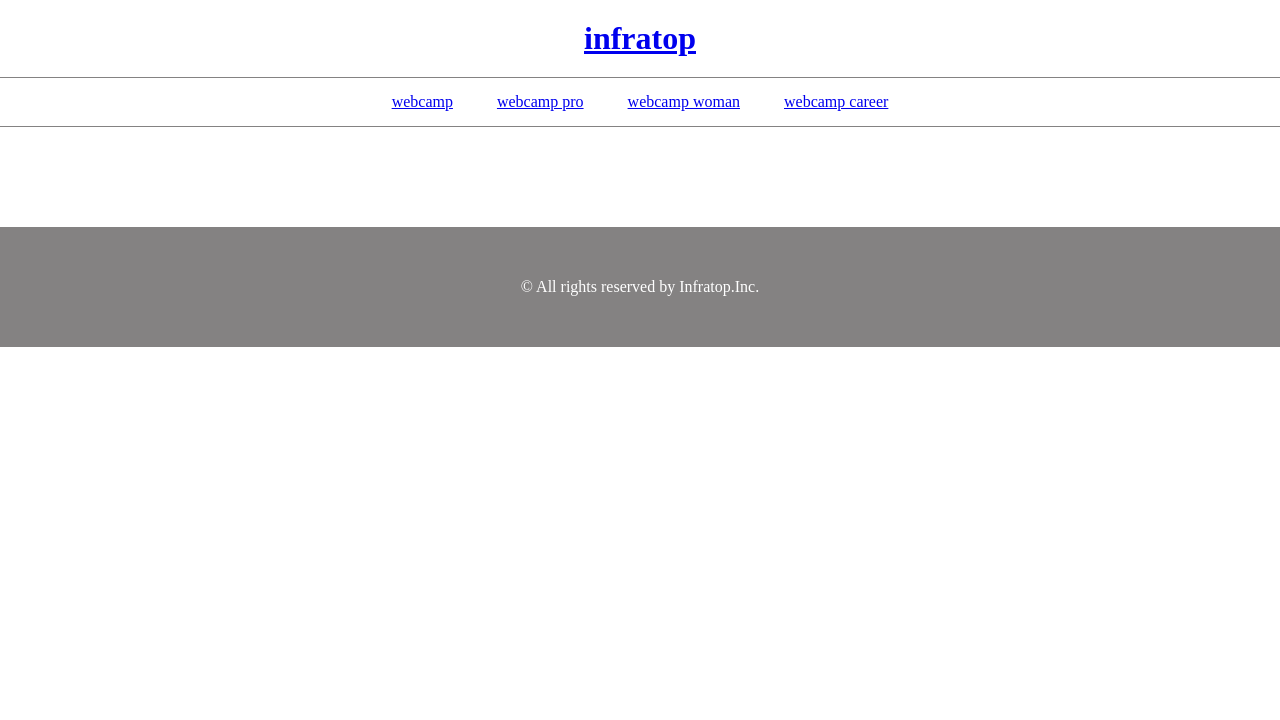
Repository: Tyubyasa/abc
Page: chapter5_exercise/chapter5.html
The author's editor kept a record of every edit. The page is drawn from the files as they stood at one moment, then again after the next edit.
The browser window is 1280 px wide. The pictures show the whole page.

Above is the page before.

### chapter5_exercise/chapter5.html
<!DOCTYPE html>
<html lang="ja">
  <head>
    <meta charset="UTF-8" />
    <!-- CSSファイルの読み込み -->
    <link rel="stylesheet" href="chapter5.css" />
    <title>infratop</title>
  </head>

  <body>

    <!-- header -->
    <header>
      <h1 class="heading">
        <a href="chapter5.html">
          infratop
        </a>
      </h1>
      </header>

       <!-- navigation -->
    <nav>

      <ul class="nav-list">
        <li class="nav-list-item">
        <a href="chapter5.html">webcamp</a>
        </li>
         <li class="nav-list-item">
        <a href="chapter5.html">webcamp pro</a>
        </li>
         <li class="nav-list-item">
        <a href="chapter5.html">webcamp woman</a>
        </li>
         <li class="nav-list-item">
        <a href="chapter5.html">webcamp career</a>
        </li>
        </ul>
    </nav>

    <!-- main-visual用のdiv -->
    <div class="main-visual">
      <div class="main-visual-content"></div>
    </div>

    <!-- main用のdiv -->
    <div class="main">
      <div class="blog"></div>
      <div class="sidebar"></div>
    </div>

    <!-- footer -->
    <footer>
      <p class="footer-text">© All rights reserved by Infratop.Inc.</p>
    </footer>
  </body>
</html>

### chapter5_exercise/chapter5.css
* {
  margin: 0;
  padding: 0;
  box-sizing: border-box;
}

header {
  width: 100%;
  padding: 20px 0;
  text-align: center;
}

.nav-list {
  text-align: center;
  padding: 15px 0;
  margin: 0 auto;
  border-bottom: 1px solid #848282;
  border-top: 1px solid #848282;
}

.nav-list-item {
  list-style: none;
  display: inline-block;
  margin: 0 20px;
}

.main {
  width: 800px;
  margin: 50px auto;
  display: flex;
  flex-wrap: wrap;
}

.box1 {
  width: 200px;
  height: 200px;
  background-color: #e6ffe9;
}

.box2 {
  width: 200px;
  height: 200px;
  background-color: #cbffd3;
}

.box3 {
  width: 200px;
  height: 200px;
  background-color: #aeffbd;
}

.box4 {
  width: 200px;
  height: 200px;
  background-color: #93ffab;
}

.box5 {
  width: 200px;
  height: 200px;
  background-color: #f3ffd8;
}

.box6 {
  width: 200px;
  height: 200px;
  background-color: #edffbe;
}

.box7 {
  width: 200px;
  height: 200px;
  background-color: #e9ffa5;
}

.box8 {
  width: 200px;
  height: 200px;
  background-color: #e4ff8d;
}

.box9 {
  width: 200px;
  height: 200px;
  background-color: #d9e5ff;
}

.box10 {
  width: 200px;
  height: 200px;
  background-color: #bad3ff;
}

.box11 {
  width: 200px;
  height: 200px;
  background-color: #a4c6ff;
}

.box12 {
  width: 200px;
  height: 200px;
  background-color: #8eb8ff;
}

footer {
  width: 100%;
  height: 120px;
  text-align: center;
  line-height: 120px;
  background-color: #848282;
}

.footer-text {
  color: #fff;
}

After the next edit:
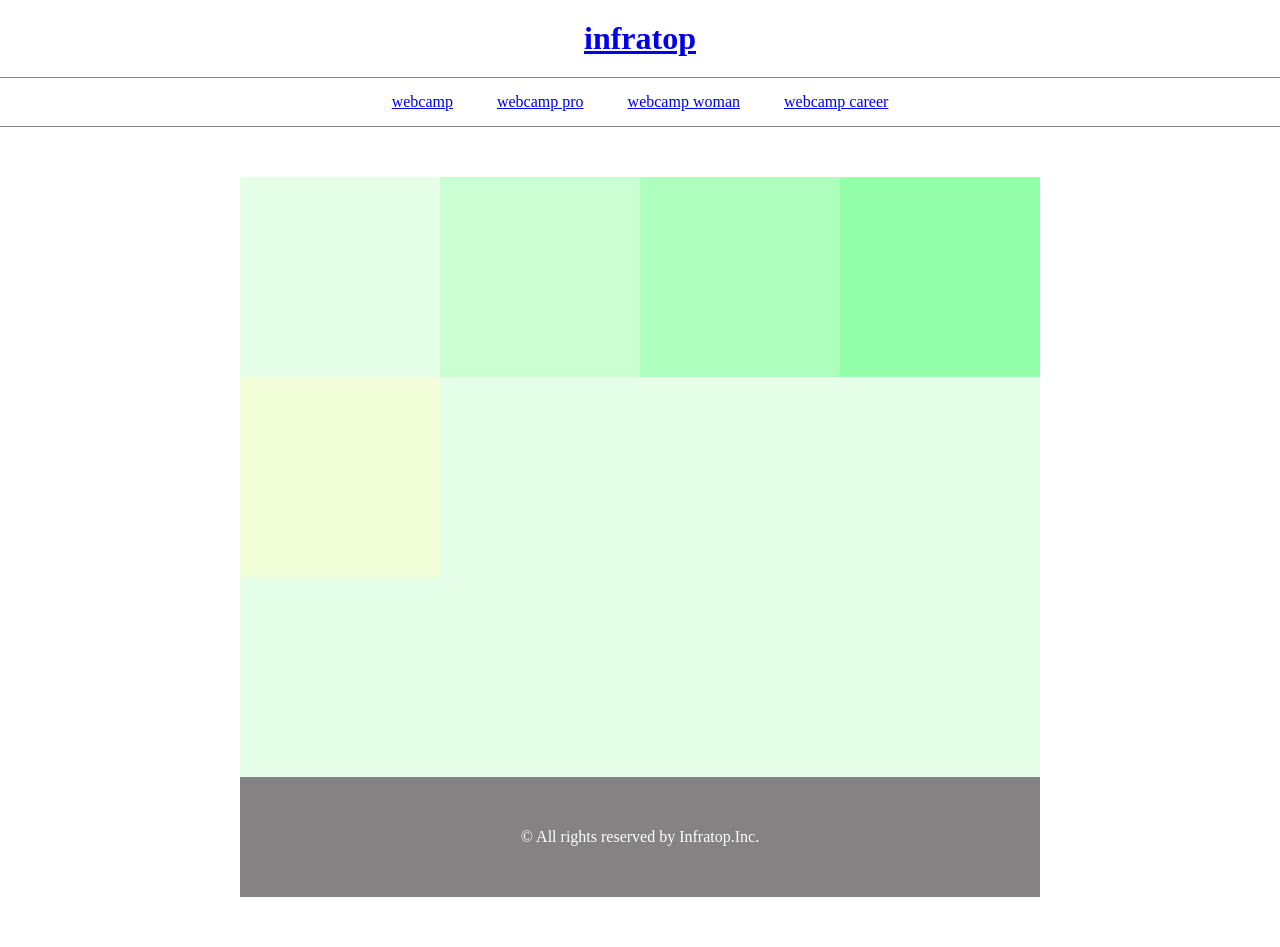
The edit:
--- a/chapter5_exercise/chapter5.html
+++ b/chapter5_exercise/chapter5.html
@@ -46,7 +46,18 @@
     <div class="main">
       <div class="blog"></div>
       <div class="sidebar"></div>
-    </div>
+      <div class="box1"></div>
+      <div class="box2"></div>
+      <div class="box3"></div>
+      <div class="box4"></div>
+      <div class="box5"></div>
+      <div class="box1"></div>
+      <div class="box1"></div>
+      <div class="box1"></div>
+      <div class="box1"></div>
+      <div class="box1"></div>
+      <div class="box1"></div>
+      <div class="box1"></div>
 
     <!-- footer -->
     <footer>
